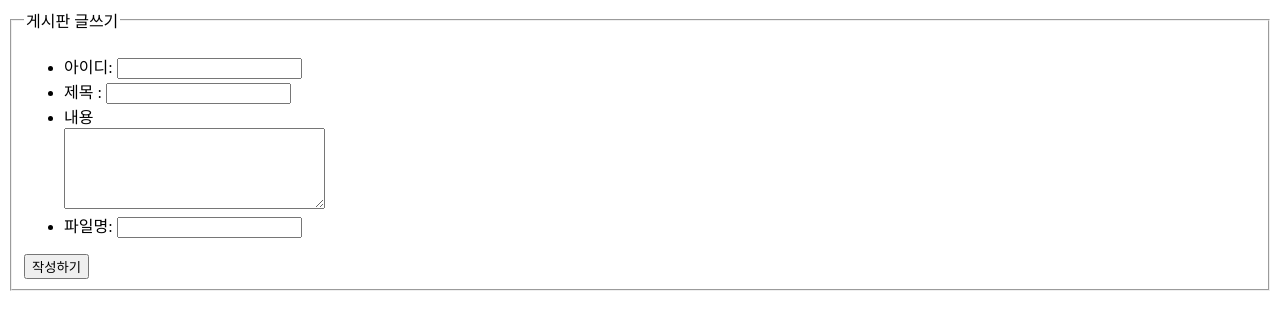
Repository: khy4701/JavaServerPage-Servlet
Page: http://localhost/07.BoardProejct/WriteForm.jsp
An editor plug-in stored every save of this project. The page is shown before and after the next save, followed by the edit.
The browser window is 1280 px wide. The pictures show the whole page.
The page is served by Tomcat 9.

Above is the page before, as saved 2016-07-25 05:44:28.

After the next save:
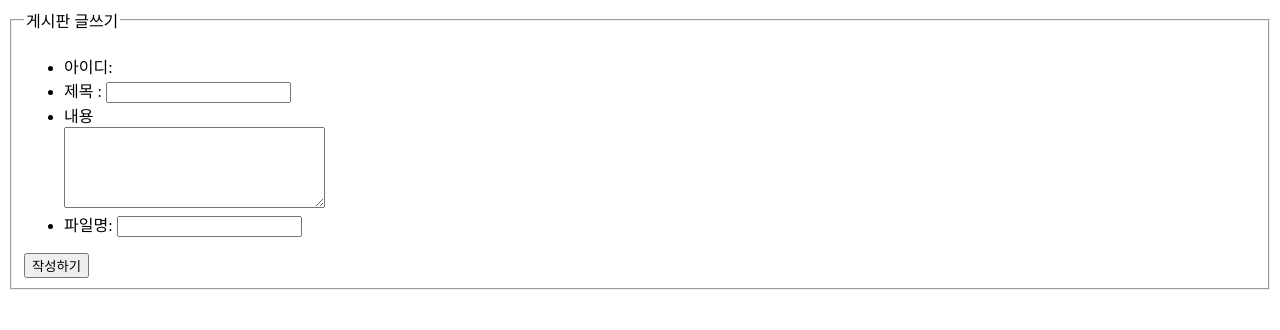
Saved 20 s later.
--- a/07.BoardProejct/WebContent/WriteForm.jsp
+++ b/07.BoardProejct/WebContent/WriteForm.jsp
@@ -13,7 +13,7 @@
 <fieldset>
 	<legend>게시판 글쓰기</legend>
 	<ul>
-		<li> 아이디: ${ sessionScope.id }<input type="text" name="id"></li>
+		<li> 아이디: ${ sessionScope.id } <input type="hidden"></li>
 		<li> 제목 : <input type="text" name="title"></li>
 		<li> 내용  <br> <textarea rows="5" cols="30" name="content"></textarea></li>
 		<li> 파일명: <input type="text" name="fileName"></li>
